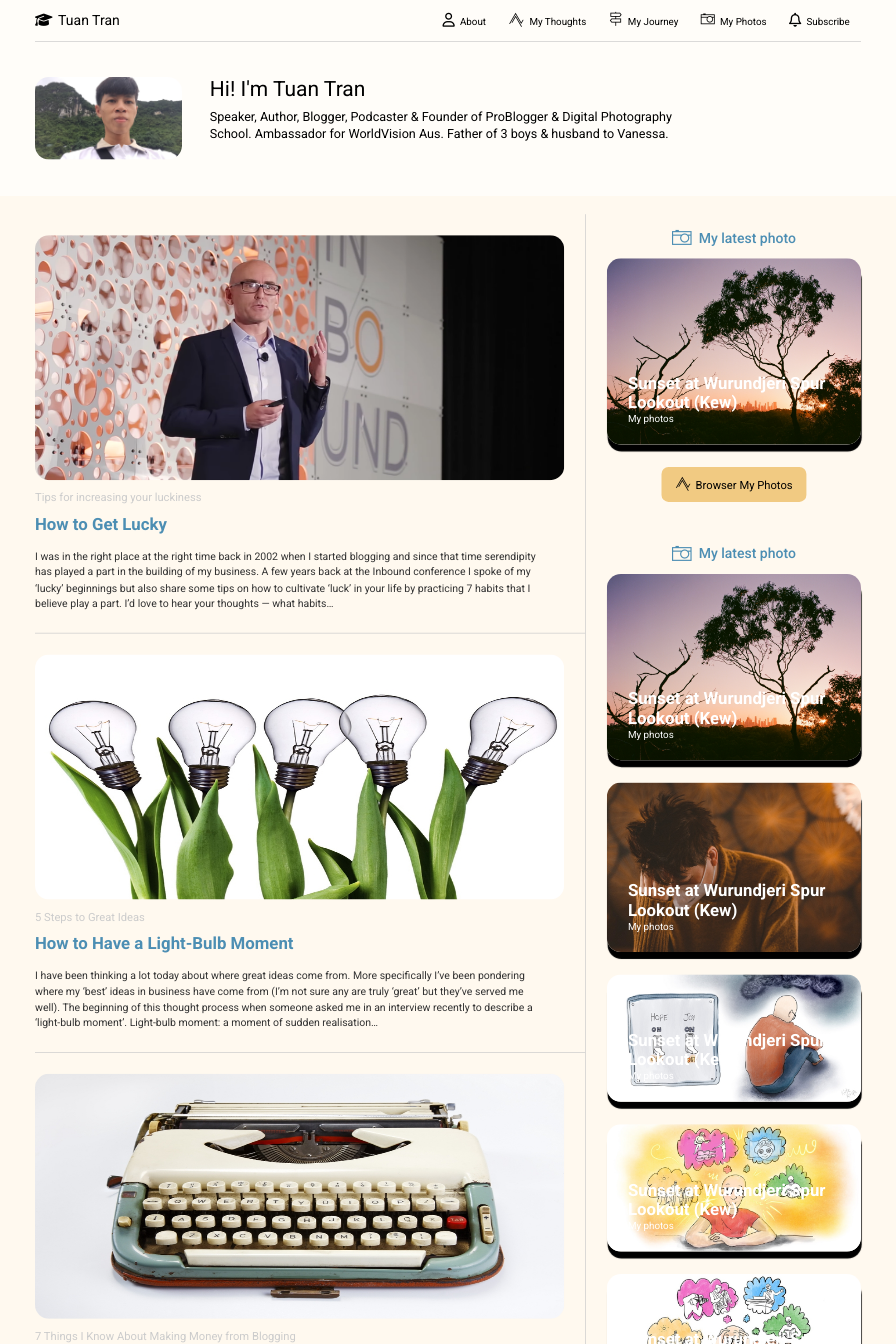
Repository: TranDinhTuann/Blog-Demo
Page: index.html
An editor plug-in stored every save of this project. The page is shown before and after the next save, followed by the edit.
The browser window is 1280 px wide. The pictures show the part of the page from y = 0 to 1920 px (the page is 2830 px tall), at 70% of full size.

Above is the page before, as saved 2023-03-22 21:38:38.

After the next save:
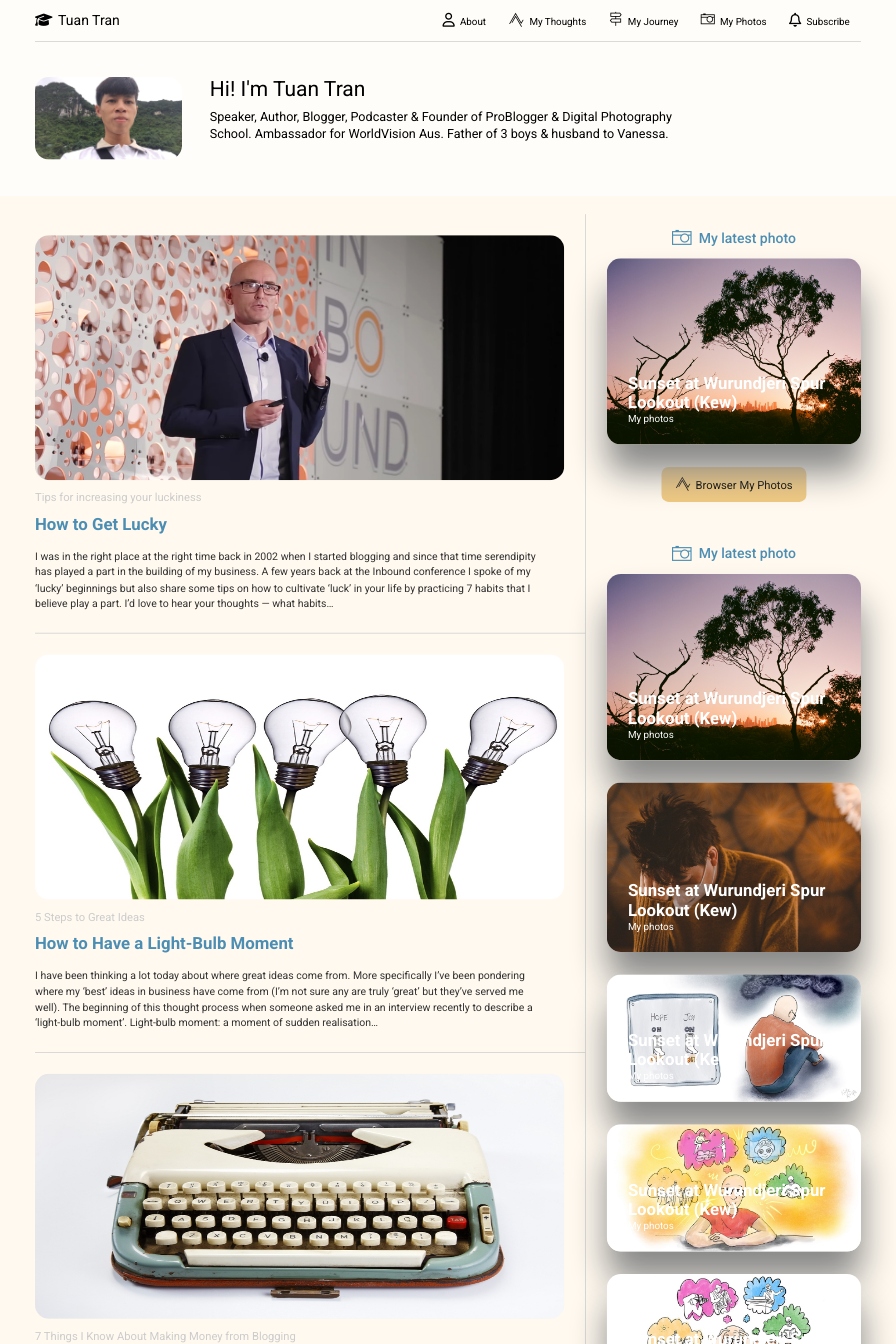
Saved 2 min 21 s later.
--- a/assets/css/main.css
+++ b/assets/css/main.css
@@ -198,7 +198,7 @@
     line-height: 18px;
 }
 .img-nature{
-    box-shadow: 1px 10px 1px #000;
+    box-shadow: 1px 40px 50px #888888;
 }
 
 /* footer */
